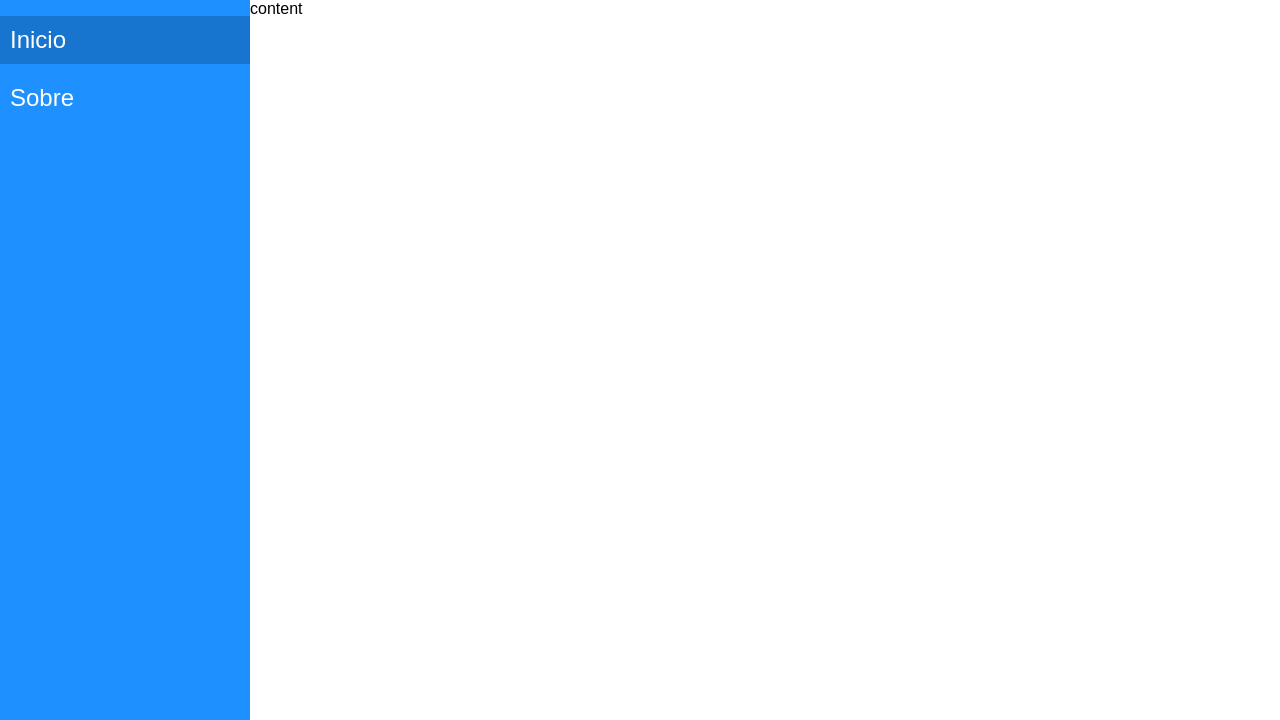
Repository: mateus-henrique-silva/estudos-react
Page: /
An editor plug-in stored every save of this project. The page is shown before and after the next save, followed by the edit.
The browser window is 1280 px wide. The pictures show the whole page.
The pointer rests on the first visible `.Menu li a`.
The project was rebuilt for these pictures with package versions that can differ from the ones it lists, and the page was loaded fresh each time.

Above is the page before, as saved 2022-07-11 12:00:20.

### public/index.html
<!DOCTYPE html>
<html lang="en">
  <head>
    <meta charset="utf-8" />
    <link rel="icon" href="%PUBLIC_URL%/favicon.ico" />
    <meta name="viewport" content="width=device-width, initial-scale=1" />
    <title>React App</title>
  </head>
  <body>
    <noscript>You need to enable JavaScript to run this app.</noscript>
    <div id="root"></div>

  </body>
</html>

### src/index.js
import React from 'react';
import ReactDOM from 'react-dom/client';
import App from './Views/App';
import reportWebVitals from './reportWebVitals';
import "./index.css"

const root = ReactDOM.createRoot(document.getElementById('root'));
root.render(
  <React.StrictMode>
    <App />
  </React.StrictMode>
);

// If you want to start measuring performance in your app, pass a function
// to log results (for example: reportWebVitals(console.log))
// or send to an analytics endpoint. Learn more: https://bit.ly/CRA-vitals
reportWebVitals();

### src/Views/App.jsx
import React from "react"
import Content from "../Components/Content/Content";
import Menu from "../Components/Menu/Menu";
import "../Views/App.css"

function App() {
  return (
    <div className="App">
        <Menu/>
        <Content/>
    </div>
  );
}

export default App;

### src/index.css
*{
    font-family:sans-serif;
}

body{
    margin:0;

}

### src/Components/Content/Content.jsx
import React from 'react'

const Content = props => (
    <div className="content" >
        content
    </div>

)
export default Content

### src/Components/Menu/Menu.jsx
import React from "react";
import "./Menu.css";

const Menu = (props) => (
  <aside className="Menu">
    <nav>
      <ul>
        <li>
          <a href="#">Inicio</a>
        </li>

        <li>
          <a href="#">Sobre</a>
        </li>
      </ul>
    </nav>
  </aside>
);

export default Menu;

### src/Views/App.css
.App{
    display:flex;

    height: 100vh;
}

### src/Components/Menu/Menu.css
.Menu{
    display:flex;
    flex-basis: 250px;
    background-color:#1e90ff;



}

.Menu ul{
    list-style:none;
    padding:0;
}

.Menu li{
    display:flex;

}

.Menu nav{
    flex:1;

}

.Menu li a{
    flex:1;
    margin-bottom: 10px;
    text-decoration: none;
    color: white;
    font-size:1.5rem;
    padding:10px;
}


.Menu li a:hover{
 background: #00000030;
}

Loaded but not shown: src/reportWebVitals.js (common file)

After the next save:
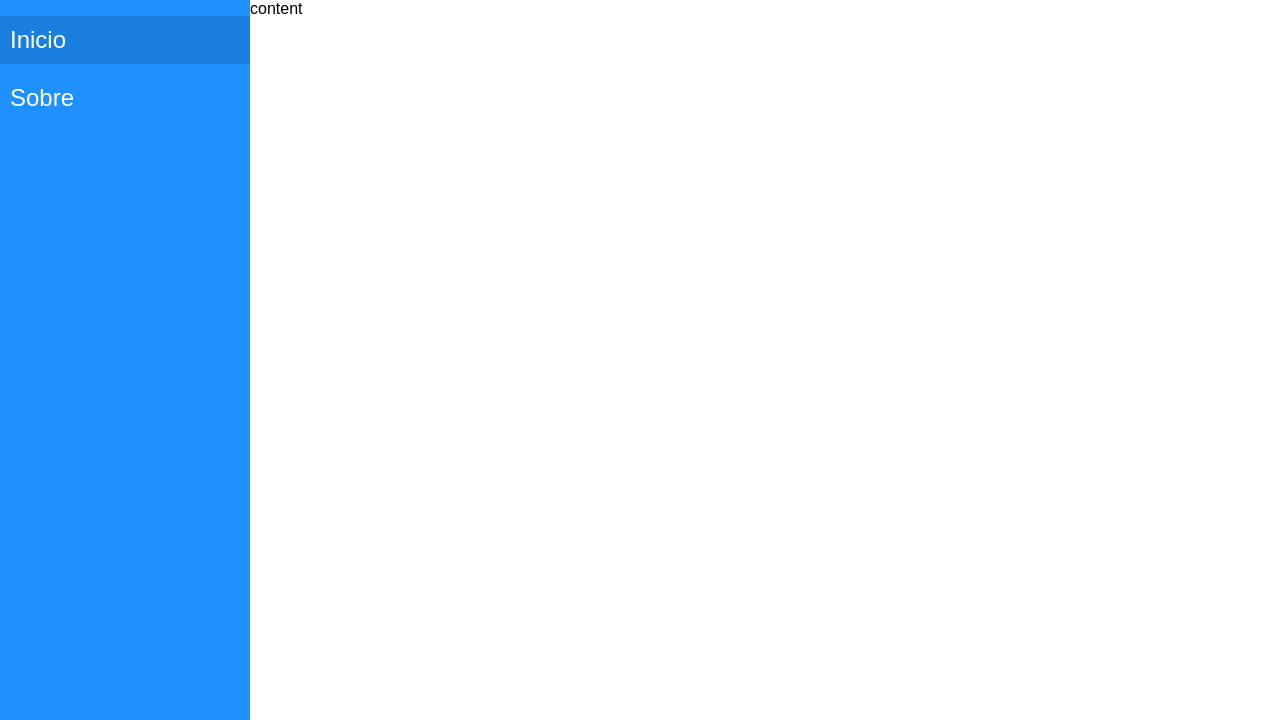
Saved 46 s later.
--- a/src/Components/Menu/Menu.css
+++ b/src/Components/Menu/Menu.css
@@ -33,5 +33,5 @@
 
 
 .Menu li a:hover{
- background: #00000030;
+ background: #00000020;
 }
